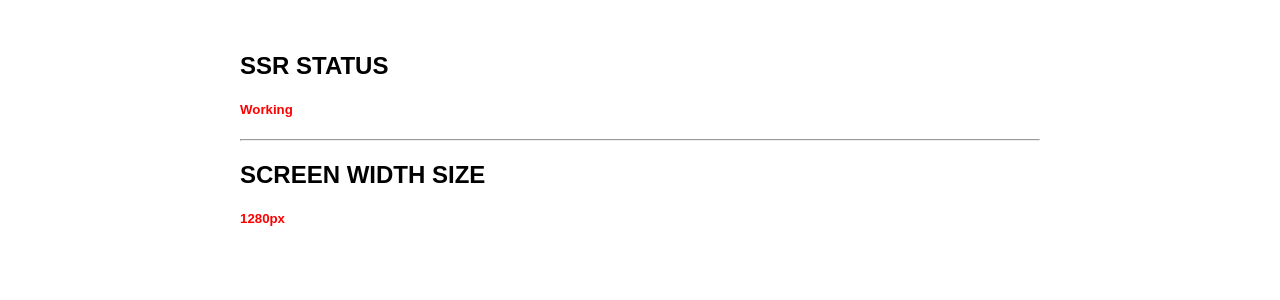
Repository: adrihle/screen-detector-nextpwa
Page: /
The author's editor kept a copy of each file at every save. The page is drawn from the files as they stood at one save, then again after the next save.
The browser window is 1280 px wide. The pictures show the whole page.
The project was rebuilt for these pictures with package versions that can differ from the ones it lists, and the page was loaded fresh each time. The framework's server and built-in components were replaced by stand-ins that run in the browser. Imported but missing from the stored project, and not drawn on this page: pages/_document.

Above is the page before, as saved 2020-12-28 12:47:27.

After the next save:
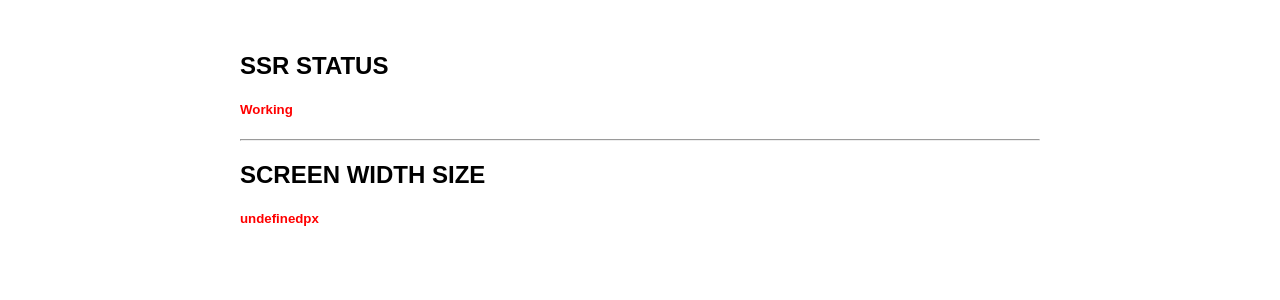
Saved 6 min 27 s later.
--- a/pages/index.js
+++ b/pages/index.js
@@ -6,7 +6,7 @@ import { useEffect, useState } from 'react'
 
 const Index = ({ server }) => {
 
-  const [size, setSize] = useState(window.innerWidth)
+  const [size, setSize] = useState()
 
   useEffect(() => {
     const handleSize = () => setSize(window.innerWidth)

After the save that followed:
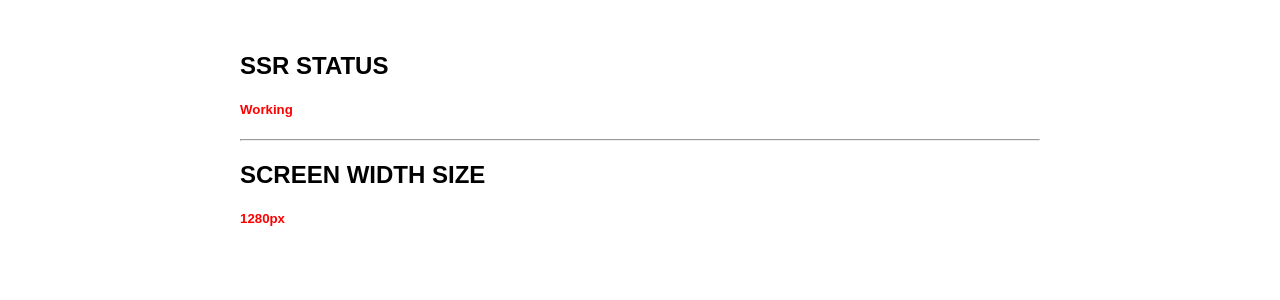
Saved 44 s later.
--- a/pages/index.js
+++ b/pages/index.js
@@ -10,6 +10,7 @@ const Index = ({ server }) => {
 
   useEffect(() => {
     const handleSize = () => setSize(window.innerWidth)
+    handleSize()
     window.addEventListener('resize', handleSize)
     return () => {window.removeEventListener('resize', handleSize)}
   },[])
